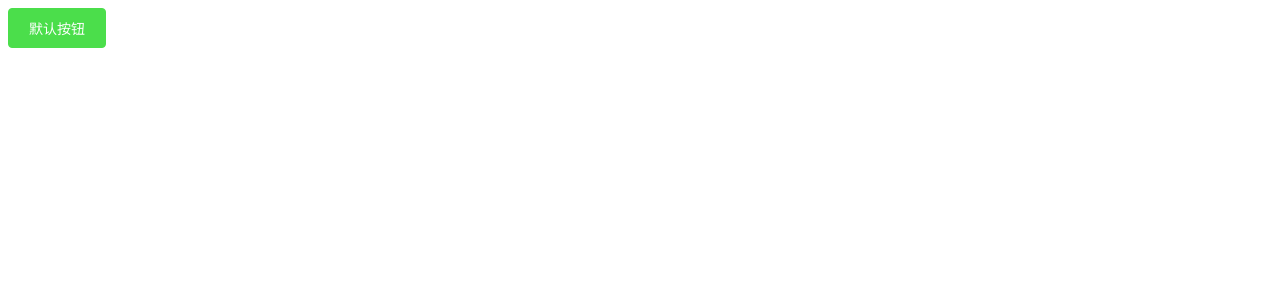
Repository: Cherry-pan/component-packing
Page: /
An editor plug-in stored every save of this project. The page is shown before and after the next save, followed by the edit.
The browser window is 1280 px wide. The pictures show the whole page.
The project was rebuilt for these pictures with package versions that can differ from the ones it lists, and the page was loaded fresh each time. Also part of the build but not shown: vue.config.js.

Above is the page before, as saved 2022-04-30 10:57:32.

After the next save:
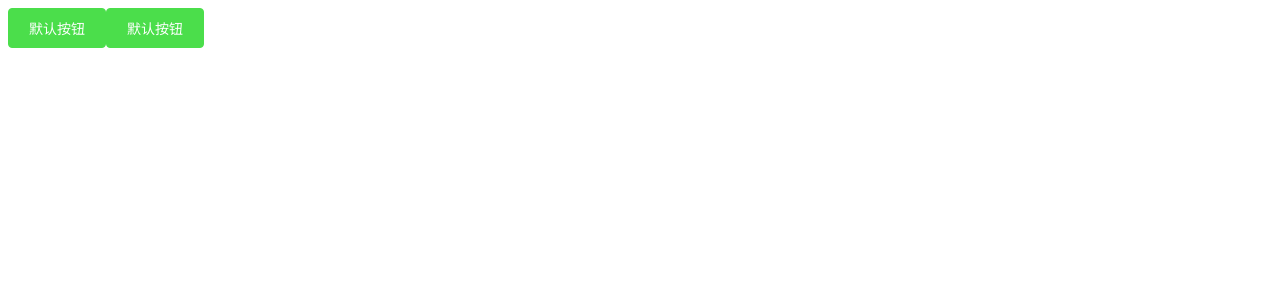
Saved 2 h 49 min later.
--- a/src/components/Home.vue
+++ b/src/components/Home.vue
@@ -1,6 +1,8 @@
 <template>
   <div class="hello">
-  <AButton></AButton>
+  <AButton :class="theme">
+    <slot></slot>
+  </AButton>
   </div>
 </template>
 
@@ -9,6 +11,17 @@ export default {
   name: 'Home',
   components:{
     "AButton":()=>import("@/components/button/Button.vue")
+  },
+  props:{
+    type:{
+      type:String,
+      default:""
+    }
+  },
+  computed:{
+    theme(){
+      console.log(this.type);
+    }
   },
   data () {
     return {
--- a/src/components/button/Button.vue
+++ b/src/components/button/Button.vue
@@ -1,6 +1,9 @@
 <template>
   <div>
     <button disabled class="a-button a-button-success">默认按钮</button>
+    <button disabled class="a-button a-button-success" type="primary">
+      默认按钮
+    </button>
   </div>
 </template>
 
@@ -32,9 +35,10 @@ export default {
   line-height: 40px;
 }
 // 禁用 透明度
-.a-button[disabled]{
-    opacity: .7;
-    cursor: not-allowed;
+.a-button[disabled] {
+  opacity: 0.7;
+  // 鼠标变成禁用
+  cursor: not-allowed;
 }
 .a-button-primary {
   border-color: #409eff;
@@ -73,7 +77,7 @@ export default {
   }
 }
 // 圆角
-.is-round{
-    border-radius: 100px;
+.is-round {
+  border-radius: 100px;
 }
 </style>
